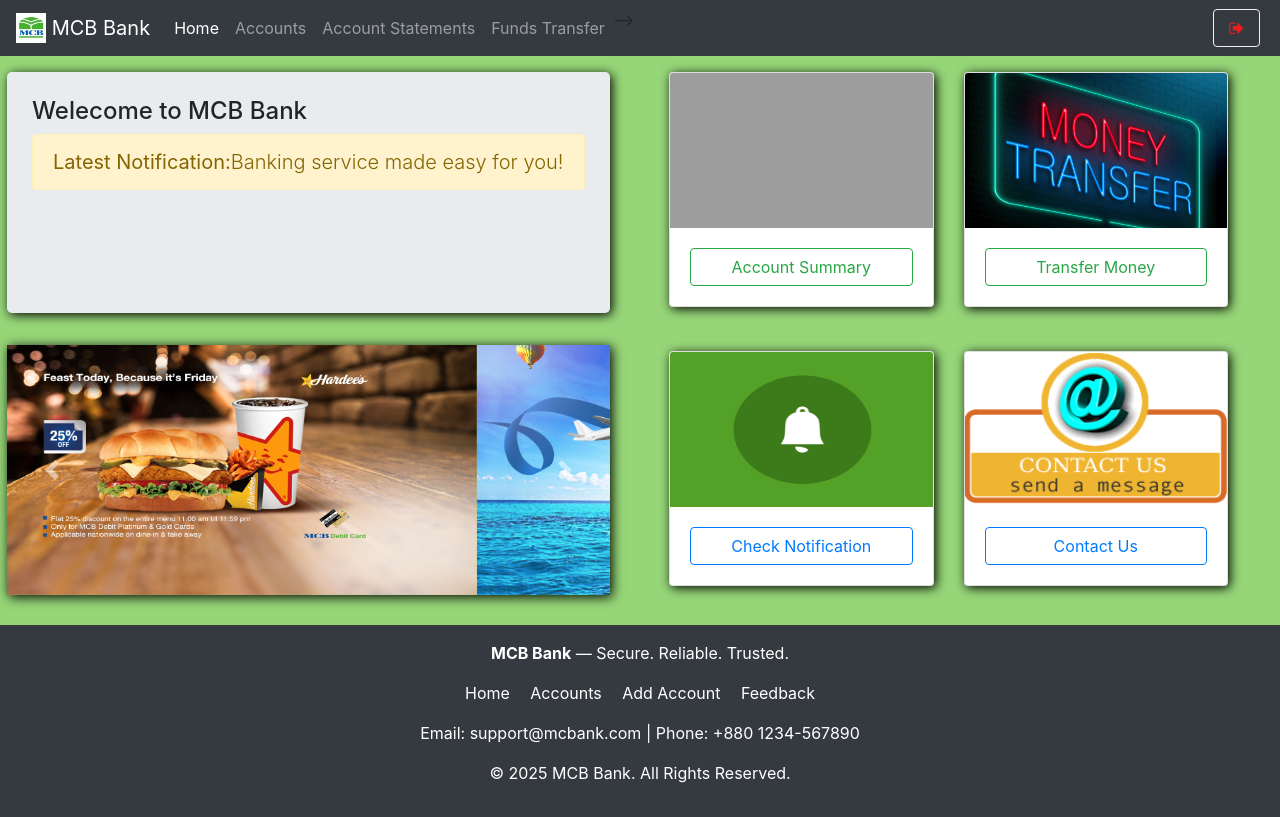
Repository: mhbshimla/my-bank
Page: http://localhost/
The author's editor kept a copy of each file at every save. The page is drawn from the files as they stood at one save, then again after the next save.
The browser window is 1280 px wide. The pictures show the whole page.
Pictures or frames that could not be fetched are drawn as grey boxes. The page is run by PHP 8.4 with error messages shown; the project is at /var/www/html/. The session is filled in as if someone had signed in: {"userId": 2, "user": {"id": 2, "email": "some2@gmail.com", "name": "Ali khan", "balance": 56000, "nid": "3210375555343", "number": "03356910260", "city": "Islamabad", "address": "Some where in isb", "source": "Programmer", "accountNo": 10054777, "branch": 1, "accountType": "Saving", "date": "2017-12-14 04:50:06"}, "cashId": 2, "managerId": 2}. Other server files are loaded and not shown. The database holds what the project's SQL file puts in it.

Above is the page before, as saved 2025-10-13 20:43:17.

### index.php
<?php
session_start();
if(!isset($_SESSION['userId'])){ header('location:login.php');}
?>
<!DOCTYPE html>
<html>
<head>
  <title>Banking</title>
  <?php require 'assets/autoloader.php'; ?>
  <?php require 'assets/db.php'; ?>
  <?php require 'assets/function.php'; ?>
</head>
<body style="background:#96D678;background-size: 100%">
<nav class="navbar navbar-expand-lg navbar-dark bg-dark fixed-top">
 <a class="navbar-brand" href="#">
    <img src="images/logo.png" width="30" height="30" class="d-inline-block align-top" alt="">
   <!--  <i class="d-inline-block  fa fa-building fa-fw"></i> --><?php echo bankName; ?>
  </a>
  <button class="navbar-toggler" type="button" data-toggle="collapse" data-target="#navbarSupportedContent" aria-controls="navbarSupportedContent" aria-expanded="false" aria-label="Toggle navigation">
    <span class="navbar-toggler-icon"></span>
  </button>

  <div class="collapse navbar-collapse" id="navbarSupportedContent">
    <ul class="navbar-nav mr-auto">
      <li class="nav-item ">
        <a class="nav-link active" href="index.php">Home <span class="sr-only">(current)</span></a>
      </li>
      <li class="nav-item ">  <a class="nav-link" href="accounts.php">Accounts</a></li>
      <li class="nav-item ">  <a class="nav-link" href="statements.php">Account Statements</a></li>
      <li class="nav-item ">  <a class="nav-link" href="transfer.php">Funds Transfer</a></li> -->
      <!-- <li class="nav-item ">  <a class="nav-link" href="profile.php">Profile</a></li> -->

     </ul>
     <?php if(!isset($_SESSION['userId'])) { ?>
      <a href="login.php" class="btn btn-outline-light mx-1">Login</a>
      <a href="signup.php" class="btn btn-success">Signup</a>
    <?php } else {
      // include 'sideButton.php';
    } ?>
    <?php include 'sideButton.php'; ?>

  </div>
</nav><br><br><br>
<div class="row w-100" >
  <div class="col" style="padding: 22px;padding-top: 0">
    <div class="jumbotron shadowBlack" style="padding: 25px;min-height: 241px;max-height: 241px">
  <h4 class="display-5">Welecome to MCB Bank</h4>
  <p class="lead alert alert-warning"><b>Latest Notification:</b>Banking service made easy for you! <p/>

  <!-- <?php
      $array = $con->query("select * from notice where userId = '$_SESSION[userId]' order by date desc");
      if ($array->num_rows > 0)
      {
        $row = $array->fetch_assoc();
        // {
          echo $row['notice'];
        // }
      }
      else
        echo "<div class='alert alert-info'>Notice box empty</div>";
     ?></p> -->

</div>
        <div id="carouselExampleIndicators" class="carousel slide my-2 rounded-1 shadowBlack" data-ride="carousel" >
          <div class="carousel-inner">
          <div class="carousel-item active">
            <img class="d-block w-100" src="images/1.jpg" alt="First slide" style="max-height: 250px">
          </div>
          <div class="carousel-item">
            <img class="d-block w-100" src="images/2.jpg" alt="Second slide" style="max-height: 250px">
          </div>
          <div class="carousel-item">
            <img class="d-block w-100" src="images/3.jpg" alt="Third slide" style="max-height: 250px">
          </div>

        </div>
        <a class="carousel-control-prev" href="#carouselExampleIndicators" role="button" data-slide="prev">
          <span class="carousel-control-prev-icon" aria-hidden="true"></span>
          <span class="sr-only">Previous</span>
        </a>
        <a class="carousel-control-next" href="#carouselExampleIndicators" role="button" data-slide="next">
          <span class="carousel-control-next-icon" aria-hidden="true"></span>
          <span class="sr-only">Next</span>
        </a>
      </div>
  </div>
<div class="col">
    <div class="row" style="padding: 22px;padding-top: 0">
      <div class="col">
        <div class="card shadowBlack ">
          <img class="card-img-top" src="images/acount.jpg" style="max-height: 155px;min-height: 155px" alt="Card image cap">
          <div class="card-body">
            <a href="accounts.php" class="btn btn-outline-success btn-block">Account Summary</a>
          </div>
        </div>
      </div>
      <div class="col">
        <div class="card shadowBlack ">
          <img class="card-img-top" src="images/transfer.jpg" alt="Card image cap" style="max-height: 155px;min-height: 155px">
        <div class="card-body">
          <a href="transfer.php" class="btn btn-outline-success btn-block">Transfer Money</a>
         </div>
        </div>
      </div>
    </div>
    <div class="row" style="padding: 22px">
      <div class="col">
        <div class="card shadowBlack ">
          <img class="card-img-top" src="images/bell.gif" style="max-height: 155px;min-height: 155px" alt="Card image cap">
          <div class="card-body">
            <a href="notice.php" class="btn btn-outline-primary btn-block">Check Notification</a>
          </div>
        </div>
      </div>
      <div class="col">
        <div class="card shadowBlack ">
          <img class="card-img-top" src="images/contacts.gif" alt="Card image cap" style="max-height: 155px;min-height: 155px">
        <div class="card-body">
          <a href="feedback.php" class="btn btn-outline-primary btn-block">Contact Us</a>
         </div>
        </div>
      </div>
    </div>
  </div>
</div>
<footer class="bg-dark text-white text-center pt-3 pb-3">
  <div class="container">
    <p><strong>MCB Bank</strong> — Secure. Reliable. Trusted.</p>
    <p>
      <a href="mindex.php" class="text-white mx-2">Home</a>
      <a href="maccounts.php" class="text-white mx-2">Accounts</a>
      <a href="maddnew.php" class="text-white mx-2">Add Account</a>
      <a href="mfeedback.php" class="text-white mx-2">Feedback</a>
    </p>
    <p>Email: support@mcbank.com | Phone: +880 1234-567890</p>
    <p>&copy; <?php echo date("Y"); ?> MCB Bank. All Rights Reserved.</p>
  </div>
</footer>
</body>
</html>

### assets/autoloader.php

<link rel="stylesheet" type="text/css" href="css/bootstrap.min.css">
<link rel="stylesheet" type="text/css" href="css/custom.css">
<link rel="stylesheet" type="text/css" href="font-awesome/css/font-awesome.min.css">
<script src='js/jquery-3.2.1.min.js'></script>
<script src='js/popper.min.js'></script>
<script src='js/bootstrap.min.js'></script>

### assets/db.php
<?php
if (session_status() === PHP_SESSION_NONE) {
    session_start();
}

// ✅ Auto-switch between localhost and InfinityFree
if (in_array($_SERVER['SERVER_NAME'], ['localhost', '127.0.0.1'])) {
    // Localhost (XAMPP/WAMP)
    $con = new mysqli('localhost', 'root', '', 'mybank');
} else {
    // InfinityFree (Live Hosting)
    $con = new mysqli('sql100.infinityfree.com', 'if0_40476525', 'banK12345', 'if0_40476525_mybank');
}

// ✅ Connection check
if ($con->connect_error) {
    die("Database connection failed: " . $con->connect_error);
}

// ✅ Bank name constant
define('bankName', 'MCB Bank');

// ✅ Fetch user data safely if logged in
$userData = null;
if (isset($_SESSION['userId'])) {
    $stmt = $con->prepare("
        SELECT *
        FROM userAccounts
        JOIN branch ON userAccounts.branch = branch.branchId
        WHERE userAccounts.id = ?
    ");
    if ($stmt) {
        $stmt->bind_param("i", $_SESSION['userId']);
        $stmt->execute();
        $result   = $stmt->get_result();
        $userData = $result->fetch_assoc();
        $stmt->close();
    }
}
?>
<!-- Tooltip initialization -->
<script type="text/javascript">
$(function () {
  $('[data-toggle="tooltip"]').tooltip();
});
</script>

### assets/function.php
<?php
function setBalance($amount,$process,$accountNo)
{
	$con = new mysqli('localhost','root','','mybank');
	$array = $con->query("select * from userAccounts where accountNo='$accountNo'");
	$row = $array->fetch_assoc();
	if ($process == 'credit')
	{
		$balance = $row['balance'] + $amount;
		return $con->query("update userAccounts set balance = '$balance' where accountNo = '$accountNo'");
	}else
	{
		$balance = $row['balance'] - $amount;
		return $con->query("update userAccounts set balance = '$balance' where accountNo = '$accountNo'");
	}
}
function setOtherBalance($amount,$process,$accountNo)
{
	$con = new mysqli('localhost','root','','mybank');
	$array = $con->query("select * from otheraccounts where accountNo='$accountNo'");
	$row = $array->fetch_assoc();
	if ($process == 'credit')
	{
		$balance = $row['balance'] + $amount;
		return $con->query("update otheraccounts set balance = '$balance' where accountNo = '$accountNo'");
	}else
	{
		$balance = $row['balance'] - $amount;
		return $con->query("update otheraccounts set balance = '$balance' where accountNo = '$accountNo'");
	}
}
function makeTransaction($action,$amount,$other)
{
	$con = new mysqli('localhost','root','','mybank');
	if ($action == 'transfer')
	{
		return $con->query("insert into transaction (action,debit,other,userId) values ('transfer','$amount','$other','$_SESSION[userId]')");
	}
	if ($action == 'withdraw')
	{
		return $con->query("insert into transaction (action,debit,other,userId) values ('withdraw','$amount','$other','$_SESSION[userId]')");

	}
	if ($action == 'deposit')
	{
		return $con->query("insert into transaction (action,credit,other,userId) values ('deposit','$amount','$other','$_SESSION[userId]')");

	}
}
function makeTransactionCashier($action,$amount,$other,$userId)
{
	$con = new mysqli('localhost','root','','mybank');
	if ($action == 'transfer')
	{
		return $con->query("insert into transaction (action,debit,other,userId) values ('transfer','$amount','$other','$userId')");
	}
	if ($action == 'withdraw')
	{
		return $con->query("insert into transaction (action,debit,other,userId) values ('withdraw','$amount','$other','$userId')");

	}
	if ($action == 'deposit')
	{
		return $con->query("insert into transaction (action,credit,other,userId) values ('deposit','$amount','$other','$userId')");

	}
}
 ?>

### sideButton.php
<form class="form-inline my-2 my-lg-0">
        <!-- <a href="" class="btn btn-outline-success" data-toggle="tooltip" title="Your current Account Balance">Acount Balance : Rs.<?php echo $userData['balance']; ?></a>
        <a href="accounts.php" data-toggle="tooltip" title="Account Summary" class="btn btn-outline-primary mx-1" ><i class="fa fa-book fa-fw"></i></a>
        <a href="notice.php" data-toggle="tooltip" title="View Notice" class="btn btn-outline-primary mx-1" ><i class="fa fa-envelope fa-fw"></i></a>
        <a href="feedback.php" data-toggle="tooltip" title="Help?" class="btn btn-outline-info mx-1" ><i class="fa fa-question fa-fw"></i></a>-->
        <a href="logout.php" data-toggle="tooltip" title="Logout" class="btn btn-outline-danger mx-1" ><i class="fa fa-sign-out fa-fw"></i></a>
        <style>
.btn-outline-danger {
  color: #e91d1dff;
  border-color: #f6efefff;
  transition: all 0.3s ease;
}

.btn-outline-danger:hover {
  background-color: #e91d1dff;
  color: white;
  box-shadow: 0 0 10px rgba(96, 105, 26, 0.6);
}
</style>

</form>

### css/custom.css
.omit1{background: rgba(0,0,0,0.1);}
.omit2{background: rgba(0,0,0,0.2);}
.omit3{background: rgba(0,0,0,0.3);}
.omit4{background: rgba(0,0,0,0.4);}
.omit5{background: rgba(0,0,0,0.5);}
.omit6{background: rgba(0,0,0,0.6);}
.omit7{background: rgba(0,0,0,0.7);}
.omit8{background: rgba(0,0,0,0.8);}
.omit9{background: rgba(0,0,0,0.9);}

.shadowBlack{box-shadow: 2px 2px 11px black}
.shadowGreen{box-shadow: 2px 2px 11px green}
.shadowBlue{box-shadow: 2px 2px 11px blue}
.shadowWhite{box-shadow: 2px 2px 11px white}

### Database/mybank (1).sql (the tables this page reads)
CREATE TABLE `branch` (
  `branchId` int(11) NOT NULL,
  `branchNo` varchar(111) NOT NULL,
  `branchName` varchar(111) NOT NULL
) ENGINE=InnoDB DEFAULT CHARSET=latin1 COLLATE=latin1_swedish_ci;

INSERT INTO `branch` (`branchId`, `branchNo`, `branchName`) VALUES
(1, '100101', 'Dhaka'),
(2, '100102', 'Sylhet');

ALTER TABLE `branch`
  ADD PRIMARY KEY (`branchId`);

ALTER TABLE `branch`
  MODIFY `branchId` int(11) NOT NULL AUTO_INCREMENT, AUTO_INCREMENT=3;

CREATE TABLE `notice` (
  `id` int(11) NOT NULL,
  `userId` varchar(111) NOT NULL,
  `notice` text NOT NULL,
  `date` timestamp NOT NULL DEFAULT current_timestamp()
) ENGINE=InnoDB DEFAULT CHARSET=latin1 COLLATE=latin1_swedish_ci;

INSERT INTO `notice` (`id`, `userId`, `notice`, `date`) VALUES
(1, '1', 'Dear Customer! <br> OUr privacy policy is changed for account information get new prospectus from your nearest branch', '2017-12-14 13:11:46'),
(6, '2', 'Dear Ali,<br>\r\nOur privacy policy has been changed please visit nearest <kbd> MCB </kbd> branch for new prospectus.', '2017-12-16 06:29:23'),
(7, '8', 'you account created successfully!', '2025-08-17 15:57:42'),
(8, '9', 'your account created successfully!', '2025-08-17 16:00:32'),
(9, '6', 'hey your account in safe!', '2025-10-13 14:19:19'),
(10, '11', 'your account has been created successfully!', '2025-10-13 14:25:32'),
(11, '12', 'thanks for your patience', '2025-10-14 04:37:35'),
(12, '2', 'your account is active now!', '2025-10-19 07:40:42'),
(13, '10', 'can you get my message', '2025-10-27 17:14:26'),
(14, '2', 'working properly', '2025-10-27 17:15:58'),
(15, '13', 'Your account has been created successfully! Thanks for your patience. Wish you a happy and safe banking!', '2025-11-08 14:30:00'),
(16, '13', 'Happy Banking!', '2025-11-17 14:48:58');

ALTER TABLE `notice`
  ADD PRIMARY KEY (`id`);

ALTER TABLE `notice`
  MODIFY `id` int(11) NOT NULL AUTO_INCREMENT, AUTO_INCREMENT=17;

CREATE TABLE `useraccounts` (
  `id` int(11) NOT NULL,
  `email` text NOT NULL,
  `password` text NOT NULL,
  `name` varchar(111) NOT NULL,
  `balance` varchar(111) NOT NULL,
  `nid` varchar(111) NOT NULL,
  `number` varchar(111) NOT NULL,
  `city` varchar(111) NOT NULL,
  `address` varchar(111) NOT NULL,
  `source` varchar(111) NOT NULL,
  `accountNo` varchar(111) NOT NULL,
  `branch` varchar(111) NOT NULL,
  `accountType` varchar(111) NOT NULL,
  `date` timestamp NOT NULL DEFAULT current_timestamp()
) ENGINE=InnoDB DEFAULT CHARSET=latin1 COLLATE=latin1_swedish_ci;

INSERT INTO `useraccounts` (`id`, `email`, `password`, `name`, `balance`, `nid`, `number`, `city`, `address`, `source`, `accountNo`, `branch`, `accountType`, `date`) VALUES
(2, 'some2@gmail.com', 'some2', 'Ali khan', '56000', '3210375555343', '03356910260', 'Islamabad', 'Some where in isb', 'Programmer', '10054777', '1', 'Saving', '2017-12-14 04:50:06'),
(6, 'realx4rd@gmail.com', 'afsdfasd', 'Fayyaz Khan', '234234', '3240338834902', '03356910260', 'Taunsa', 'Dera Ghazi Khan', 'Govt. job', '1513410739', '1', 'saving', '2017-12-16 07:52:40'),
(7, 'realx4rd@gmail.com', 'safsadf', 'Fayyaz Khan', '12121', '3240338834902', '03356910260', 'Taunsa', 'Dera Ghazi Khan', 'Govt. job', '1513410837', '1', 'current', '2017-12-16 07:54:18'),
(8, 'uracc@gmail.com', 'uracc', 'uracc', '500', '1', '01890040951', 'sylhet', 'south surma,sylhet', 'business', '1755446085', '1', 'current', '2025-08-17 15:56:42'),
(10, 'sjahan@gmail.com', 'sjahan', 'shuborna', '9993565', '1', '01562536474', 'dhaka', 'north south surma', 'business', '1757345500', '2', 'saving', '2025-09-08 15:35:00'),
(11, 'ayana10@gmail.com', 'ayana10', 'Ayana Hussain', '13000000', '205364253', '01853462422', 'sylhet', 'south surma,sylhet', 'business', '1760365343', '2', 'saving', '2025-10-13 14:24:20'),
(12, 'shimla09@gmail.com', 'shimla09', 'shimla', '14390244', '4235345666', '01853524345', 'sylhet', 'south surma,sylhet', 'job', '1760416459', '1', 'current', '2025-10-14 04:36:47'),
(13, 'arib05@gmail.com', 'arib05', 'arib', '2476544', '1234414302', '01804414302', 'Sylhet', 'South Surma, Sylhet-3100', 'business', '1762611572', '2', 'saving', '2025-11-08 14:22:38');

ALTER TABLE `useraccounts`
  ADD PRIMARY KEY (`id`);

ALTER TABLE `useraccounts`
  MODIFY `id` int(11) NOT NULL AUTO_INCREMENT, AUTO_INCREMENT=14;

Loaded but not shown: css/bootstrap.min.css (library); font-awesome/css/font-awesome.min.css (library); js/jquery-3.2.1.min.js (library); js/popper.min.js (library); js/bootstrap.min.js (library)

After the next save:
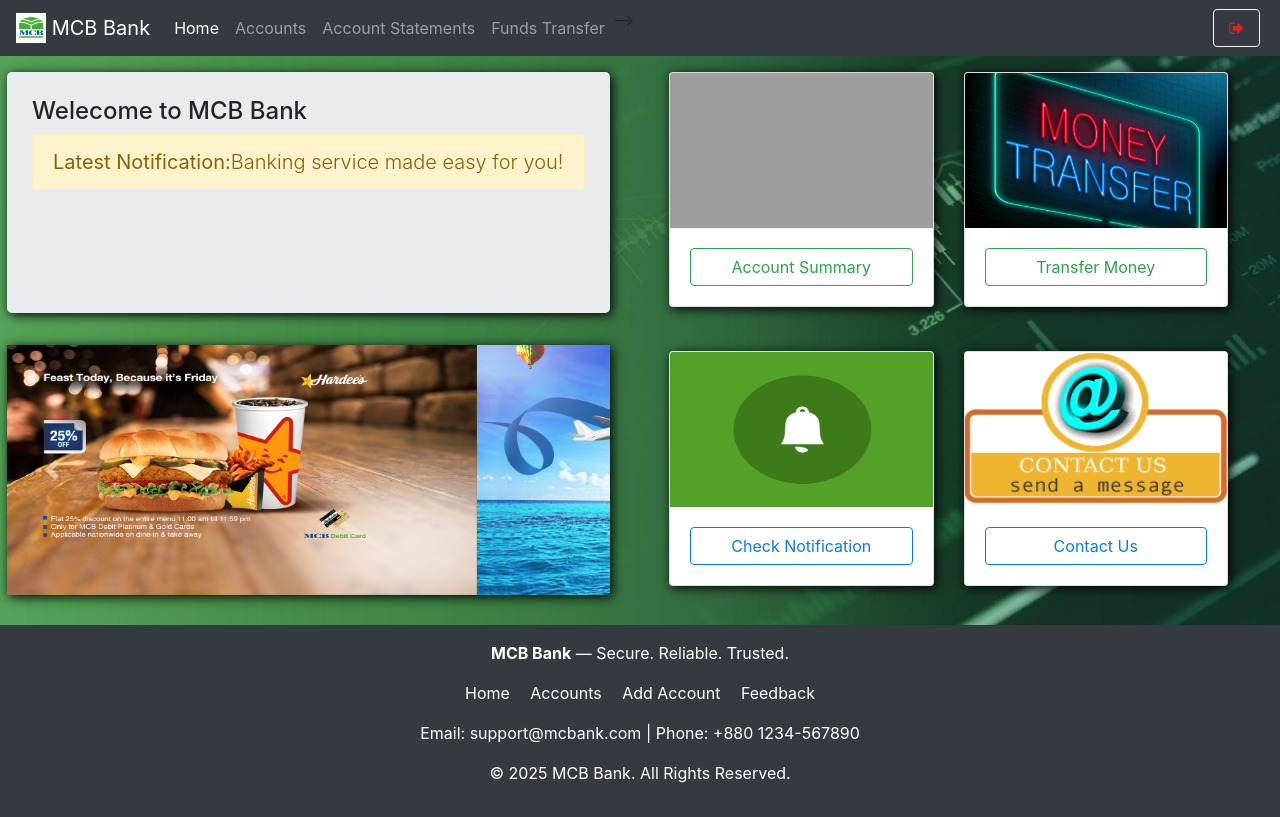
Saved 2 min 38 s later.
--- a/index.php
+++ b/index.php
@@ -10,7 +10,7 @@
   <?php require 'assets/db.php'; ?>
   <?php require 'assets/function.php'; ?>
 </head>
-<body style="background:#96D678;background-size: 100%">
+<body style="background: url('images/mdashboard-bg.jpg') no-repeat center center; background-size: cover;">
 <nav class="navbar navbar-expand-lg navbar-dark bg-dark fixed-top">
  <a class="navbar-brand" href="#">
     <img src="images/logo.png" width="30" height="30" class="d-inline-block align-top" alt="">
